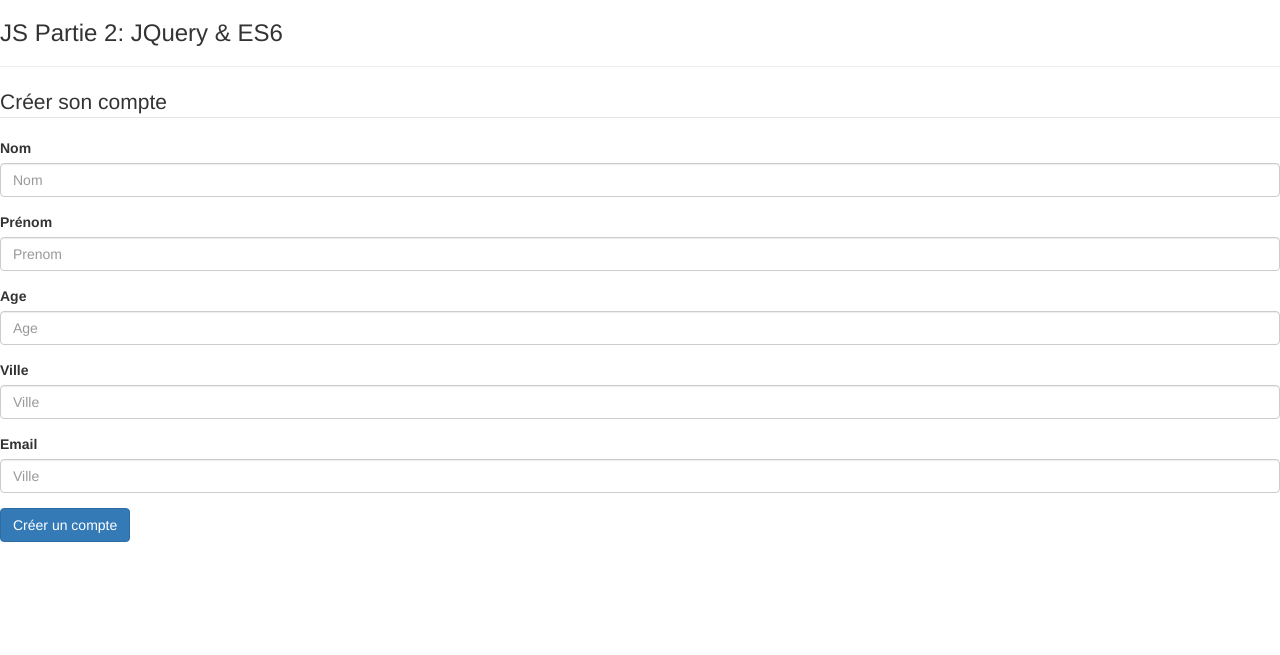
Repository: Symfomany/WildJQueryForm
Page: index.html
The author's editor kept a copy of each file at every save. The page is drawn from the files as they stood at one save, then again after the next save.
The browser window is 1280 px wide. The pictures show the whole page.

Above is the page before, as saved 2017-03-06 06:54:36.

After the next save:
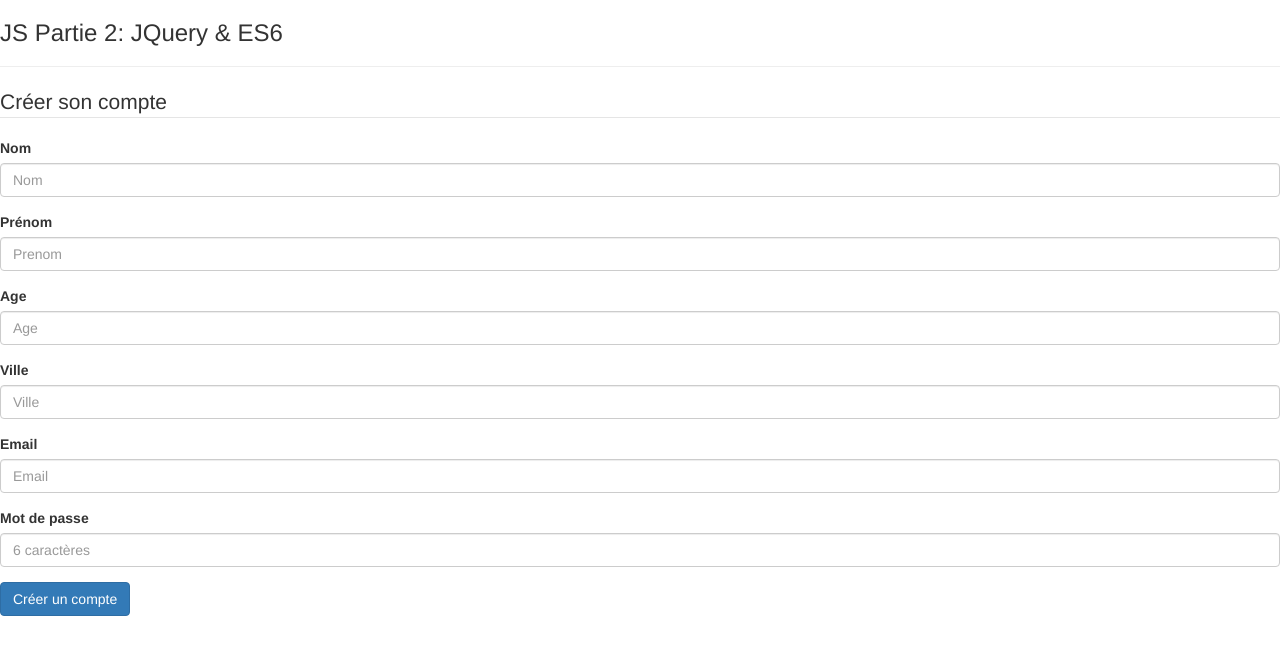
Saved 28 s later.
--- a/index.html
+++ b/index.html
@@ -41,9 +41,13 @@
 
         <div class="form-group">
             <label for="">Email</label>
-            <input type="text" class="form-control" id="ville" placeholder="Ville">
+            <input type="email" class="form-control" id="email" placeholder="Email">
         </div>
 
+        <div class="form-group">
+            <label for="">Mot de passe</label>
+            <input type="password" class="form-control" id="password" placeholder="6 caractères">
+        </div>
         <button type="submit" class="btn btn-primary">Créer un compte</button>
     </form>
 
